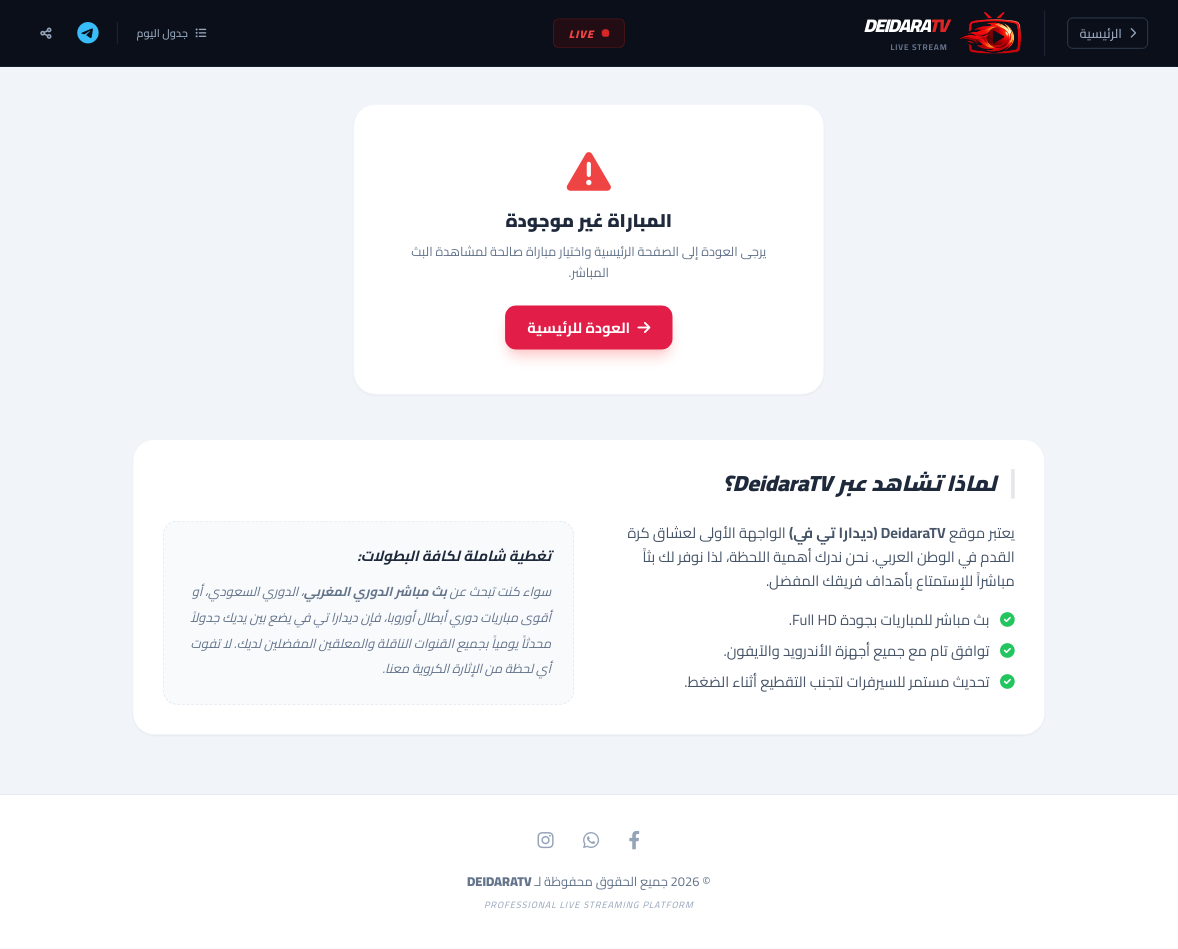
Repository: zakariax05/deidaraTV
Page: watching-page.html
The author's editor kept a copy of each file at every save. The page is drawn from the files as they stood at one save, then again after the next save.
The browser window is 1280 px wide. The pictures show the whole page, at 92% of full size.
Some web libraries are served in a nearby version.

Above is the page before, as saved 2026-06-14 14:00:32.

After the next save:
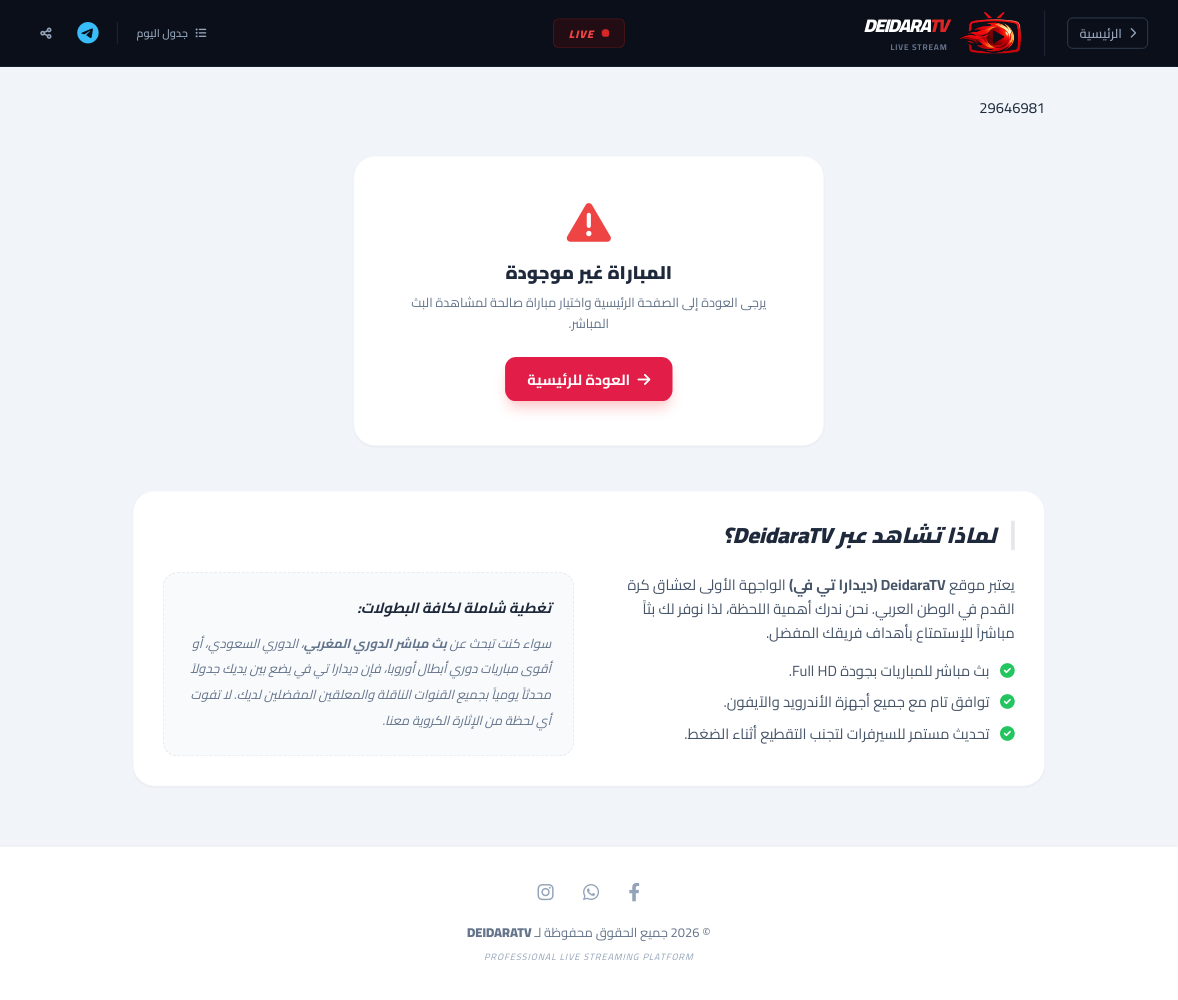
Saved 74 s later.
--- a/watching-page.html
+++ b/watching-page.html
@@ -198,6 +198,7 @@
 
         <div id="container-4647d4ba4a2a6346d232b8b7ecb36d59"></div>
         <script src="https://pl29747477.effectivecpmnetwork.com/59/68/fa/5968fa54b3e0ee42d15e3d8db0005288.js"></script>
+        29646981
 
         <!-- Error Container (مخفي افتراضياً) -->
         <div id="error-container"

After the save that followed:
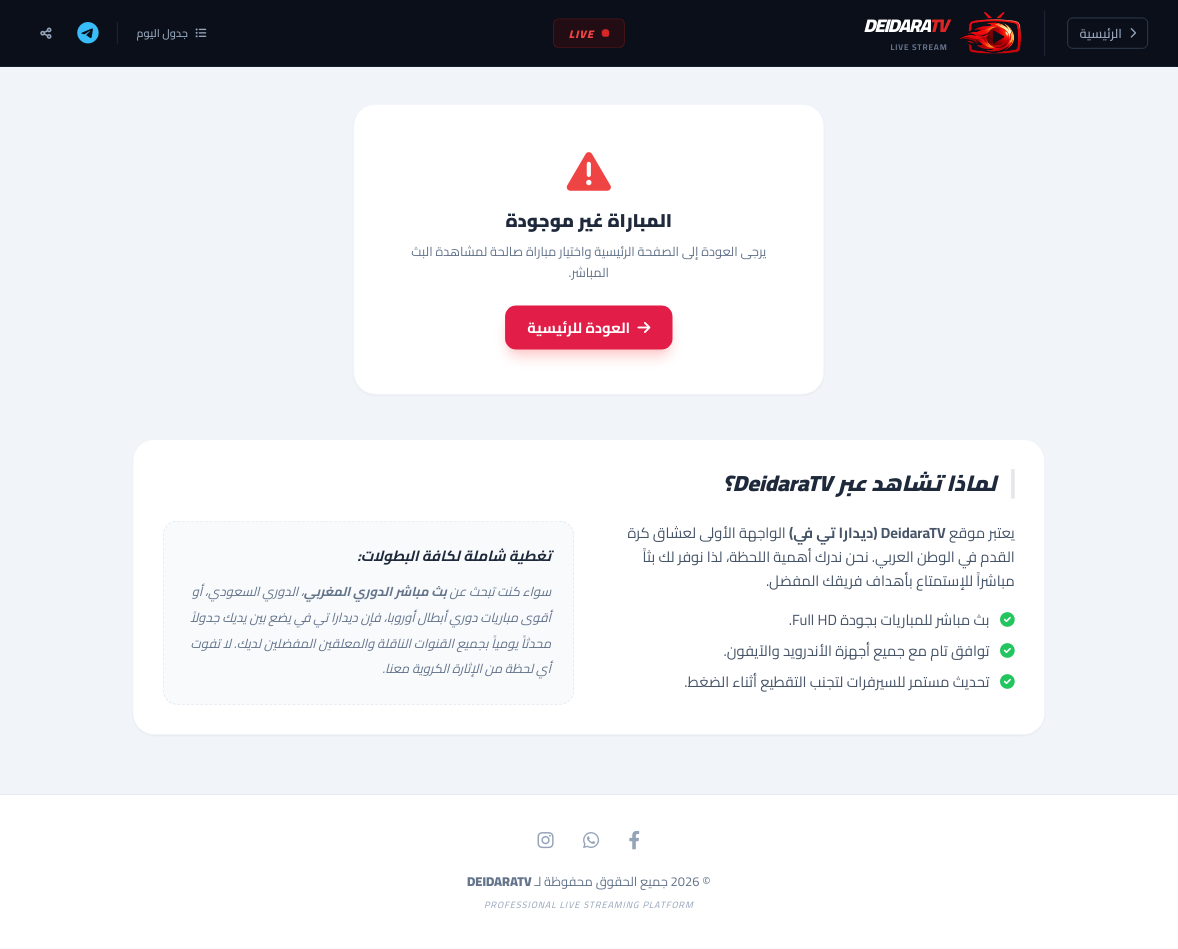
Saved 18 s later.
--- a/watching-page.html
+++ b/watching-page.html
@@ -198,7 +198,8 @@
 
         <div id="container-4647d4ba4a2a6346d232b8b7ecb36d59"></div>
         <script src="https://pl29747477.effectivecpmnetwork.com/59/68/fa/5968fa54b3e0ee42d15e3d8db0005288.js"></script>
-        29646981
+        <script src="https://pl29747474.effectivecpmnetwork.com/26/ed/b4/26edb4543d2de2cf3c24ce2bb577b082.js"></script>
+
 
         <!-- Error Container (مخفي افتراضياً) -->
         <div id="error-container"
